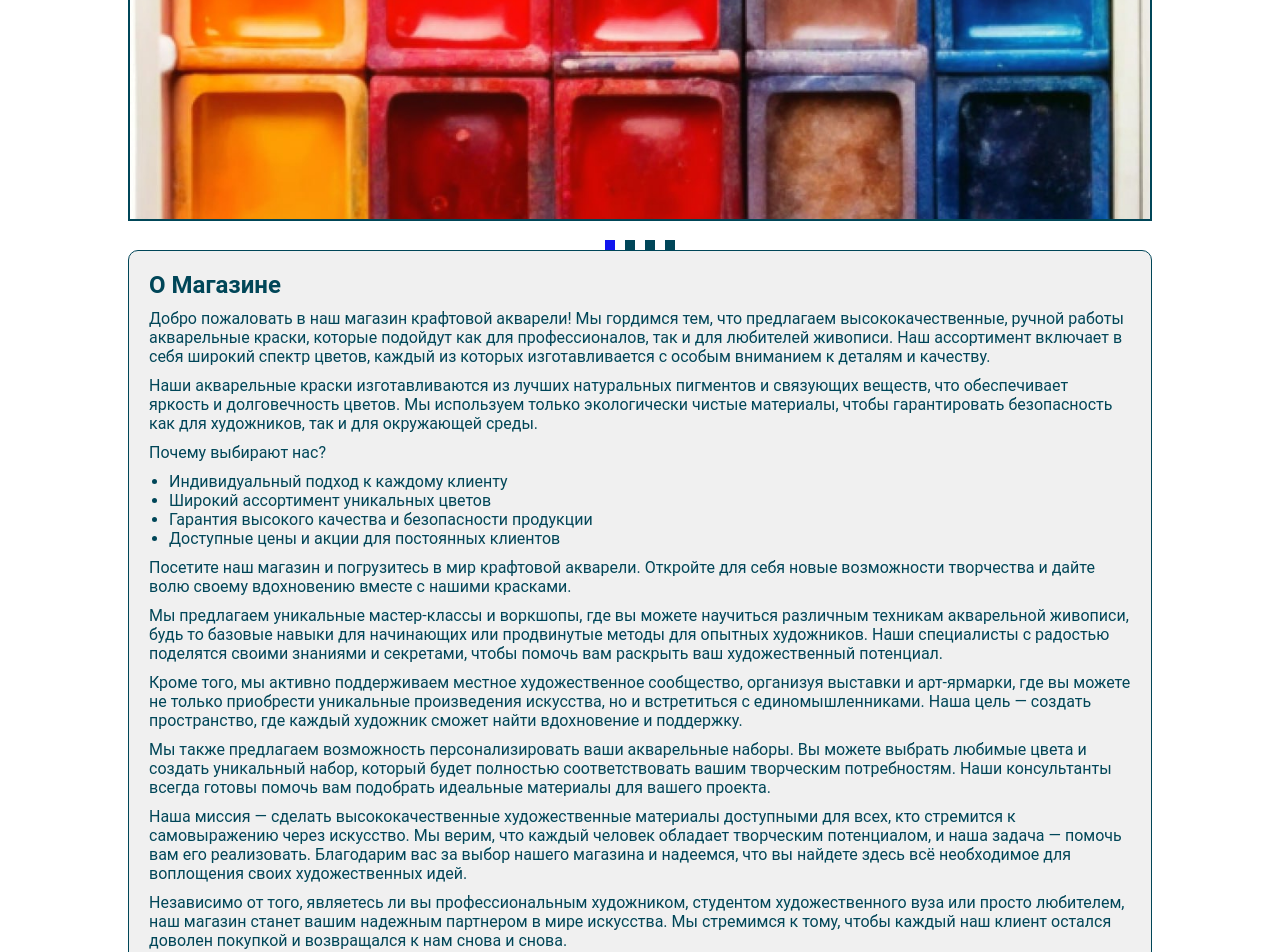
Repository: mnats725/art-drop
Page: index.html
The author's editor kept a copy of each file at every save. The page is drawn from the files as they stood at one save, then again after the next save.
The browser window is 1280 px wide. The pictures show the part of the page from y = 568 to 1520 px (the page is 2623 px tall before and 2642 px after).

Above is the page before, as saved 2024-05-21 13:42:05.

### index.html
<!DOCTYPE html>
<html lang="en">
<head>
    <meta charset="UTF-8">
    <meta http-equiv="X-UA-Compatible" content="IE=edge">
    <meta name="viewport" content="width=device-width, initial-scale=1.0">
    <title>Каталог товаров</title>
    <link rel="stylesheet" href="./css/style.css">
    <link rel="stylesheet" href="./css/main-page-content.css">
    <link href="https://fonts.googleapis.com/css2?family=Montserrat:wght@400;700&display=swap" rel="stylesheet">
</head>
<body>
    <div class="wrapper">
        <header class="header">
            <!-- Шапка -->
            <div class="logo">
                <a href="index.html">
                    <img src="./assets/img/logo.svg" alt="ArtDrop Logo">
                    <span>ArtDrop</span>
                </a>
            </div>
            <!-- Меню сайта -->
            <nav class="nav">
              <ul>
                  <li class="active"><a href="index.html">Главная</a></li>
                  <li><a href="catalog.html">Каталог товаров</a></li>
                  <li><a href="contact-us.html">Обратная связь</a></li>
              </ul>
          </nav>
            <!-- Иконка бургерменю -->
            <div class="burger">
                <span></span>
            </div>
        </header>
    </div>

    <div class="content">
        <h1 class="content-title">Главная</h1>

        <main class="carousel-container">
            <div class="carousel">
              <div class="item active">
                <img src="./assets/img/colores/photo_1_2024-05-20_20-57-42.jpg" alt="Image 1" />
              </div>
              <div class="item">
                <img src="./assets//img/colores/photo_2_2024-05-20_20-57-42.jpg" alt="Image 2" />
              </div>
              <div class="item">
                <img src="./assets/img/colores/photo_3_2024-05-20_20-57-42.jpg" alt="Image 3" />
              </div>
              <div class="item">
                <img src="./assets/img/colores/photo_4_2024-05-20_20-57-42.jpg" alt="Image 4" />
              </div>
            </div>
            <button class="btn prev">Пред</button>
            <button class="btn next">Далее</button>
            <br>
            <div class="dots"></div>
          </main>
          <section class="store-info">
            <h2>О Магазине</h2>
            <p>Добро пожаловать в наш магазин крафтовой акварели! Мы гордимся тем, что предлагаем высококачественные, ручной работы акварельные краски, которые подойдут как для профессионалов, так и для любителей живописи. Наш ассортимент включает в себя широкий спектр цветов, каждый из которых изготавливается с особым вниманием к деталям и качеству.</p>
            <p>Наши акварельные краски изготавливаются из лучших натуральных пигментов и связующих веществ, что обеспечивает яркость и долговечность цветов. Мы используем только экологически чистые материалы, чтобы гарантировать безопасность как для художников, так и для окружающей среды.</p>
            <p>Почему выбирают нас?</p>
            <ul>
                <li>Индивидуальный подход к каждому клиенту</li>
                <li>Широкий ассортимент уникальных цветов</li>
                <li>Гарантия высокого качества и безопасности продукции</li>
                <li>Доступные цены и акции для постоянных клиентов</li>
            </ul>
            <p>Посетите наш магазин и погрузитесь в мир крафтовой акварели. Откройте для себя новые возможности творчества и дайте волю своему вдохновению вместе с нашими красками.</p>
            <p>Мы предлагаем уникальные мастер-классы и воркшопы, где вы можете научиться различным техникам акварельной живописи, будь то базовые навыки для начинающих или продвинутые методы для опытных художников. Наши специалисты с радостью поделятся своими знаниями и секретами, чтобы помочь вам раскрыть ваш художественный потенциал.</p>
            <p>Кроме того, мы активно поддерживаем местное художественное сообщество, организуя выставки и арт-ярмарки, где вы можете не только приобрести уникальные произведения искусства, но и встретиться с единомышленниками. Наша цель — создать пространство, где каждый художник сможет найти вдохновение и поддержку.</p>
            <p>Мы также предлагаем возможность персонализировать ваши акварельные наборы. Вы можете выбрать любимые цвета и создать уникальный набор, который будет полностью соответствовать вашим творческим потребностям. Наши консультанты всегда готовы помочь вам подобрать идеальные материалы для вашего проекта.</p>
            <p>Наша миссия — сделать высококачественные художественные материалы доступными для всех, кто стремится к самовыражению через искусство. Мы верим, что каждый человек обладает творческим потенциалом, и наша задача — помочь вам его реализовать. Благодарим вас за выбор нашего магазина и надеемся, что вы найдете здесь всё необходимое для воплощения своих художественных идей.</p>
            <p>Независимо от того, являетесь ли вы профессиональным художником, студентом художественного вуза или просто любителем, наш магазин станет вашим надежным партнером в мире искусства. Мы стремимся к тому, чтобы каждый наш клиент остался доволен покупкой и возвращался к нам снова и снова.</p>
            <p>Заходите к нам, и вы обязательно найдете что-то, что вдохновит вас на создание новых шедевров. Мы всегда рады новым клиентам и готовы предложить вам лучшее обслуживание и высококачественные продукты. Добро пожаловать в мир крафтовой акварели!</p>
        </section>
          <section class="contact-info">
            <h2>Контактная информация и карта</h2>
            <p>Адрес: ул. Примерная, 10, г. Москва</p>
            <p>Телефон: +7 123 456 78 90</p>
            <p>Email: info@craftwatercolor.ru</p>
            <div id="map"><iframe src="https://www.google.com/maps/embed?pb=!1m18!1m12!1m3!1d26449.478999227773!2d-118.24984591411743!3d34.03912846642446!2m3!1f0!2f0!3f0!3m2!1i1024!2i768!4f13.1!3m3!1m2!1s0x80c2c6029c9a59e9%3A0xec9ea70c76393a94!2z0JHQvtC50Lst0KXQtdC50YLRgSwg0JvQvtGBLdCQ0L3QtNC20LXQu9C10YEsINCa0LDQu9C40YTQvtGA0L3QuNGPLCDQodCo0JA!5e0!3m2!1sru!2sru!4v1716241062162!5m2!1sru!2sru" width="100%" height="100%" style="border:0;" allowfullscreen="" loading="lazy" referrerpolicy="no-referrer-when-downgrade"></iframe></div>
        </section>
    </div>

    <div class="pg-footer">
        <footer class="footer">
          <svg class="footer-wave-svg" xmlns="http://www.w3.org/2000/svg" viewBox="0 0 1200 100" preserveAspectRatio="none">
            <path class="footer-wave-path" d="M851.8,100c125,0,288.3-45,348.2-64V0H0v44c3.7-1,7.3-1.9,11-2.9C80.7,22,151.7,10.8,223.5,6.3C276.7,2.9,330,4,383,9.8 c52.2,5.7,103.3,16.2,153.4,32.8C623.9,71.3,726.8,100,851.8,100z"></path>
          </svg>
          <div class="footer-content">
            <div class="footer-content-column">
              <div class="footer-logo">
                <a class="footer-logo-link" href="#">
                  <span class="hidden-link-text">ArtDrop</span>
                  <h1>ArtDrop</h1>
                </a>
              </div>
              <div class="footer-menu">
                <h2 class="footer-menu-name"> Get Started</h2>
                <ul id="menu-get-started" class="footer-menu-list">
                  <li class="menu-item menu-item-type-post_type menu-item-object-product">
                    <a href="#">Start</a>
                  </li>
                  <li class="menu-item menu-item-type-post_type menu-item-object-product">
                    <a href="#">Documentation</a>
                  </li>
                  <li class="menu-item menu-item-type-post_type menu-item-object-product">
                    <a href="#">Installation</a>
                  </li>
                </ul>
              </div>
            </div>
            <div class="footer-content-column">
              <div class="footer-menu">
                <h2 class="footer-menu-name"> Company</h2>
                <ul id="menu-company" class="footer-menu-list">
                  <li class="menu-item menu-item-type-post_type menu-item-object-page">
                    <a href="#">Contact</a>
                  </li>
                  <li class="menu-item menu-item-type-taxonomy menu-item-object-category">
                    <a href="#">News</a>
                  </li>
                  <li class="menu-item menu-item-type-post_type menu-item-object-page">
                    <a href="#">Careers</a>
                  </li>
                </ul>
              </div>
              <div class="footer-menu">
                <h2 class="footer-menu-name"> Legal</h2>
                <ul id="menu-legal" class="footer-menu-list">
                  <li class="menu-item menu-item-type-post_type menu-item-object-page menu-item-privacy-policy menu-item-170434">
                    <a href="#">Privacy Notice</a>
                  </li>
                  <li class="menu-item menu-item-type-post_type menu-item-object-page">
                    <a href="#">Terms of Use</a>
                  </li>
                </ul>
              </div>
            </div>
            <div class="footer-content-column">
              <div class="footer-menu">
                <h2 class="footer-menu-name"> Quick Links</h2>
                <ul id="menu-quick-links" class="footer-menu-list">
                  <li class="menu-item menu-item-type-custom menu-item-object-custom">
                    <a target="_blank" rel="noopener noreferrer" href="#">Support Center</a>
                  </li>
                  <li class="menu-item menu-item-type-custom menu-item-object-custom">
                    <a target="_blank" rel="noopener noreferrer" href="#">Service Status</a>
                  </li>
                  <li class="menu-item menu-item-type-post_type menu-item-object-page">
                    <a href="#">Security</a>
                  </li>
                  <li class="menu-item menu-item-type-post_type menu-item-object-page">
                    <a href="#">Blog</a>
                  </li>
                  <li class="menu-item menu-item-type-post_type_archive menu-item-object-customer">
                    <a href="#">Customers</a></li>
                  <li class="menu-item menu-item-type-post_type menu-item-object-page">
                    <a href="#">Reviews</a>
                  </li>
                </ul>
              </div>
            </div>
            <div class="footer-content-column">
              <div class="footer-call-to-action">
                <h2 class="footer-call-to-action-title"> Let's Chat</h2>
                <p class="footer-call-to-action-description"> Have a support question?</p>
                <a class="footer-call-to-action-button button" href="#" target="_self"> Get in Touch </a>
              </div>
              <div class="footer-call-to-action">
                <h2 class="footer-call-to-action-title"> You Call Us</h2>
                <p class="footer-call-to-action-link-wrapper"> <a class="footer-call-to-action-link" href="tel:0124-64XXXX" target="_self"> 0124-64XXXX </a></p>
              </div>
            </div>
        </footer>
      </div>
    <script>
        document.querySelector('.burger').addEventListener('click', function() {
            this.classList.toggle('active');
            document.querySelector('.nav').classList.toggle('open');
        })
        document.addEventListener("DOMContentLoaded", function () {
        let carousel = document.querySelector(".carousel");
       let items = carousel.querySelectorAll(".item");
        let dotsContainer = document.querySelector(".dots");

       // Insert dots into the DOM
       items.forEach((_, index) => {
      let dot = document.createElement("span");
      dot.classList.add("dot");
      if (index === 0) dot.classList.add("active");
      dot.dataset.index = index;
    dotsContainer.appendChild(dot);
  });

  let dots = document.querySelectorAll(".dot");

  // Function to show a specific item
  function showItem(index) {
    items.forEach((item, idx) => {
      item.classList.remove("active");
      dots[idx].classList.remove("active");
      if (idx === index) {
        item.classList.add("active");
        dots[idx].classList.add("active");
      }
    });
  }

  // Event listeners for buttons
  document.querySelector(".prev").addEventListener("click", () => {
    let index = [...items].findIndex((item) =>
      item.classList.contains("active")
    );
    showItem((index - 1 + items.length) % items.length);
  });

  document.querySelector(".next").addEventListener("click", () => {
    let index = [...items].findIndex((item) =>
      item.classList.contains("active")
    );
    showItem((index + 1) % items.length);
  });

  // Event listeners for dots
  dots.forEach((dot) => {
    dot.addEventListener("click", () => {
      let index = parseInt(dot.dataset.index);
      showItem(index);
    });
  });
});

    </script>
</body>
</html>

### main-page-content.css
.content {
  padding-top: 80px;
  margin: 0 auto;
}

.content-title {
  text-align: center;
  padding-bottom: 30px;
}

.store-info {
  border: 1px solid #004658;
  background-color: #f0f0f0;
  color: #004658;
  padding: 20px;
  border-radius: 10px;
  margin-bottom: 20px;
  margin-left: 10%;
  margin-right: 10%;
}

.store-info h2 {
  color: #004658;
  margin-bottom: 10px;
}

.store-info p,
.store-info ul {
  margin-bottom: 10px;
}

.store-info ul {
  padding-left: 20px;
}

.store-info ul li {
  list-style-type: disc;
}

.contact-info {
  border: 1px solid #004658;
  background-color: #f9f9f9;
  padding: 20px;
  border-radius: 3px;
  margin-left: 10%;
  margin-right: 10%;
  margin-top: 70px;
}

.contact-info h2 {
  color: #004658;
  margin-bottom: 10px;
}

#map {
  margin-top: 10px;
  width: 100%;
  height: 300px;
  background-color: #e0e0e0;
}

.carousel-container {

  padding-top: 40px;
  width: 80%;
  height: 600px;
  margin: auto;
  position: relative;
  display: flex;
  flex-direction: column;
  gap: var(--lx-gap);

  .carousel {
    aspect-ratio: 16/9;
    width: 100%;
    position: relative;
    overflow: hidden;

    .item {
      border: 2px solid #004658;
      opacity: 0;
      width: 100%;
      height: 100%;
      display: none;
      transition: opacity 0.5s ease-in-out;

      img {
        width: 100%;
        height: 100%;
        object-fit: cover;
        object-position: center;
      }

      .caption {
        width: 100%;
        padding: var(--lx-space-01);
        position: absolute;
        bottom: 0;
        text-transform: uppercase;
        text-align: center;
        font-size: 12px;
        background-color: rgba(0, 0, 0, 0.5);
      }

      &.active {
        opacity: 1;
        display: block;
      }
    }
  }

  .btn {
    padding: 1em 2em;
    position: absolute;
    transform: translateY(-50%);
    top: 50%;
    outline: none;
    border: none;
    cursor: pointer;
    text-transform: uppercase;
    font-size: 12px;
    font-weight: 900;
    color: #FAF6F2;
    background-color: #004658;
    transition: transform 0.2s ease-in-out;

    &:active,
    &:focus {
      transform: translateY(-50%) scale(0.9);
    }

    &:hover {
      transform: translateY(-50%) scale(0.96);
    }
  }

  .prev {
    left: -5%;
  }

  .next {
    right: -5%;
  }

  .dots {
    display: flex;
    align-items: center;
    justify-content: center;
    gap: 10px;

    .dot {
      cursor: pointer;
      height: 10px;
      width: 10px;
      background-color: #004658;
      transition: background-color 0.2s ease;

      &.active,
      &:hover {
        background-color: #1115ee;
      }
    }
  }
}

Loaded but not shown: css/style.css (456 lines, source omitted)

After the next save:
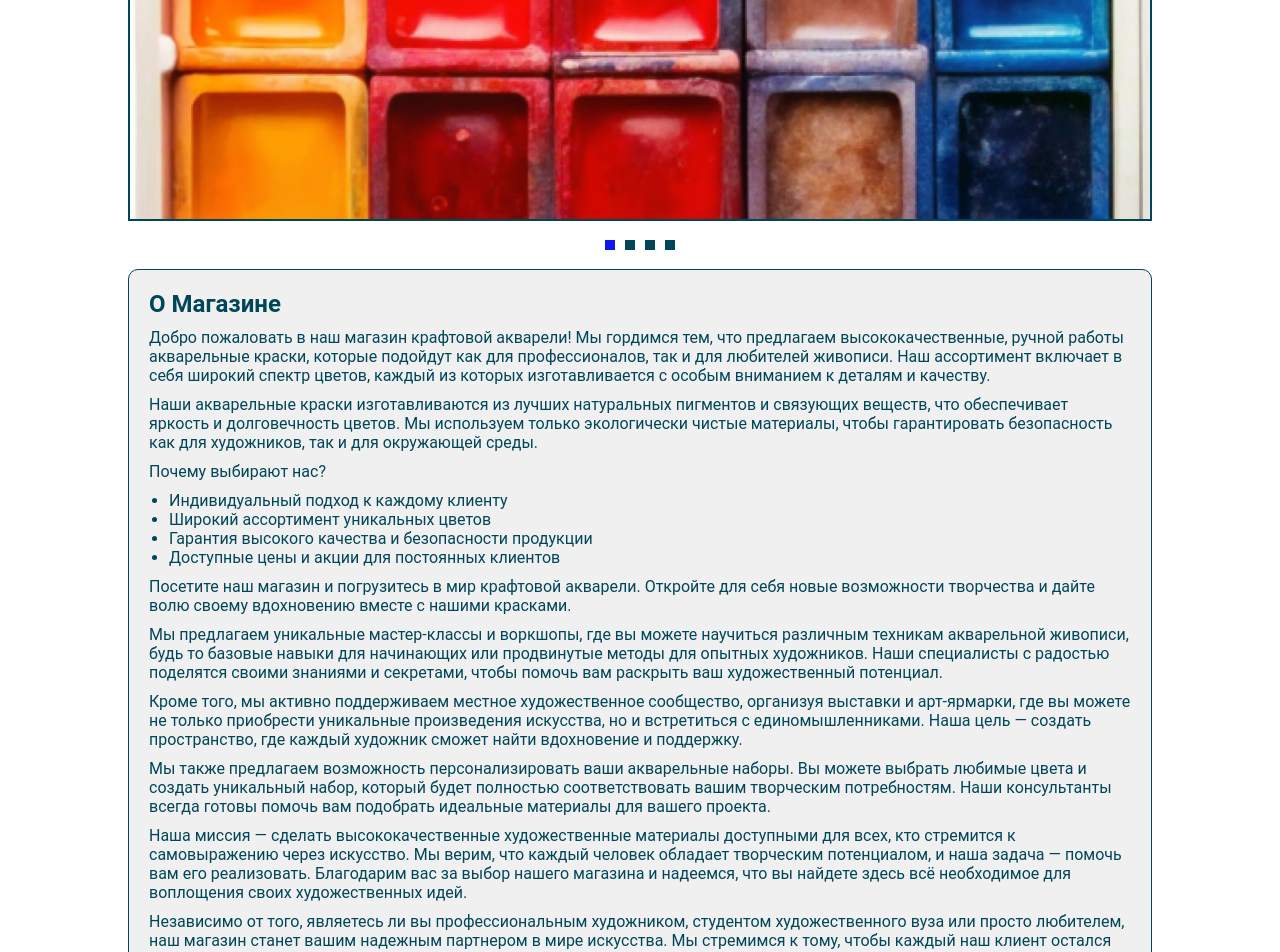
Saved 21 s later.
--- a/index.html
+++ b/index.html
@@ -57,6 +57,7 @@
             <br>
             <div class="dots"></div>
           </main>
+          <BR>
           <section class="store-info">
             <h2>О Магазине</h2>
             <p>Добро пожаловать в наш магазин крафтовой акварели! Мы гордимся тем, что предлагаем высококачественные, ручной работы акварельные краски, которые подойдут как для профессионалов, так и для любителей живописи. Наш ассортимент включает в себя широкий спектр цветов, каждый из которых изготавливается с особым вниманием к деталям и качеству.</p>
